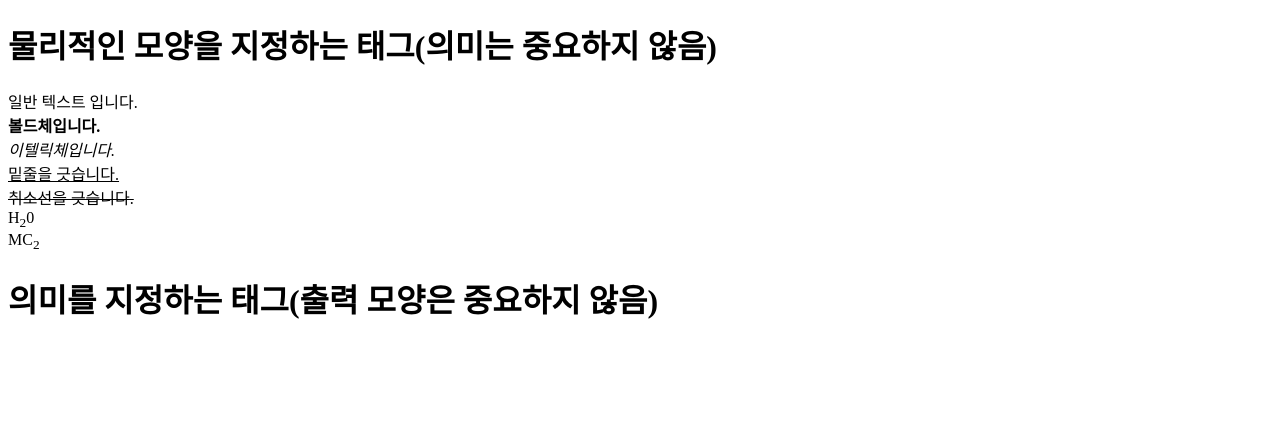
Repository: Chun0903/classStudy_github.io
Page: client/ClientTest/WebContent/ex09_style.html
The author's editor kept a copy of each file at every save. The page is drawn from the files as they stood at one save, then again after the next save.
The browser window is 1280 px wide. The pictures show the whole page.

Above is the page before, as saved 2020-06-19 00:45:12.

### client/ClientTest/WebContent/ex09_style.html
<!DOCTYPE html>
<html>
<head>
<meta charset="UTF-8">
<title>Insert title here</title>
</head>
<body>

	<!--

	-->
	<h1>물리적인 모양을 지정하는 태그(의미는 중요하지 않음)</h1>
	일반 텍스트 입니다.<br>
	<b>볼드체입니다.</b><br> <!-- bold -->
	<i>이텔릭체입니다.</i><br> <!-- italic -->
	<u>밑줄을 긋습니다.</u><br> <!-- underline -->
	<strike>취소선을 긋습니다.</strike><br>
	H<sub>2</sub>0<br> <!-- 밑첨자  -->
	MC<sub>2</sub><br>

	<h1>의미를 지정하는 태그(출력 모양은 중요하지 않음)</h1>


</body>
</html>

After the next save:
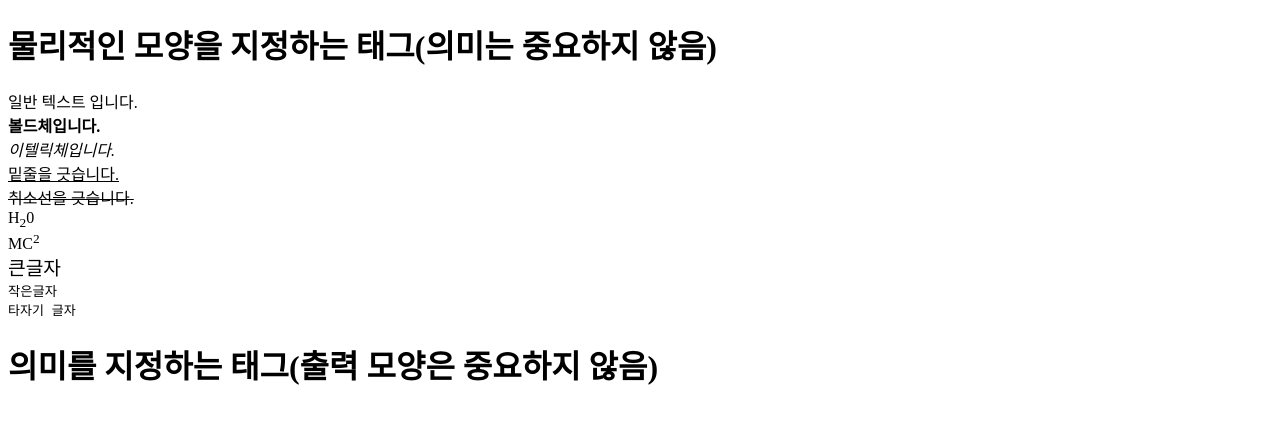
Saved 77 s later.
--- a/client/ClientTest/WebContent/ex09_style.html
+++ b/client/ClientTest/WebContent/ex09_style.html
@@ -16,7 +16,10 @@
 	<u>밑줄을 긋습니다.</u><br> <!-- underline -->
 	<strike>취소선을 긋습니다.</strike><br>
 	H<sub>2</sub>0<br> <!-- 밑첨자  -->
-	MC<sub>2</sub><br>
+	MC<sup>2</sup><br>
+	<big>큰글자</big><br>
+	<small>작은글자</small><br>
+	<tt>타자기 글자</tt>
 
 	<h1>의미를 지정하는 태그(출력 모양은 중요하지 않음)</h1>
 
